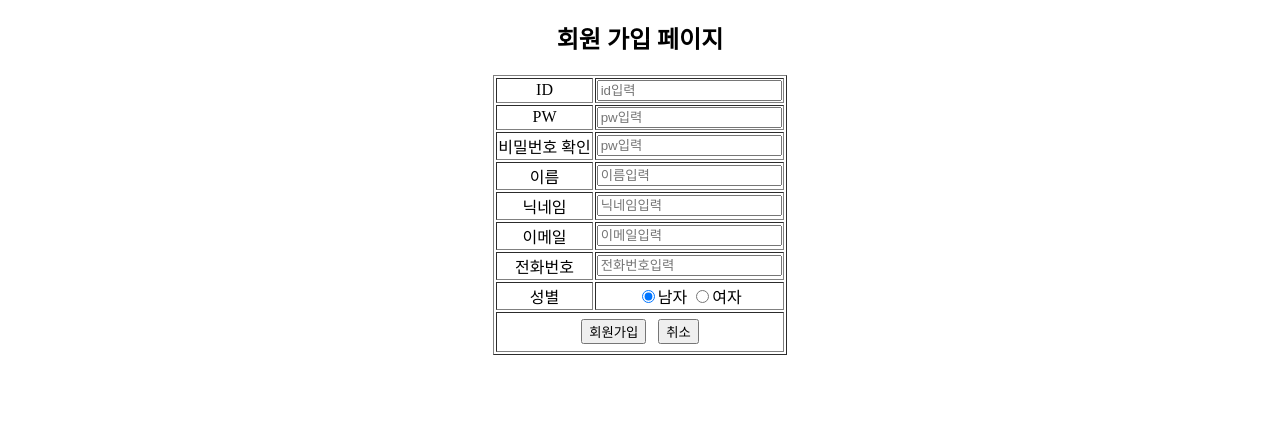
Repository: Served01/Project2_2209
Page: http://localhost/bookReviewProgram/mbinsertform.jsp
The author's editor kept a copy of each file at every save. The page is drawn from the files as they stood at one save, then again after the next save.
The browser window is 1280 px wide. The pictures show the whole page.
The page is served by Tomcat 9.

Above is the page before, as saved 2022-09-29 06:32:41.

After the next save:
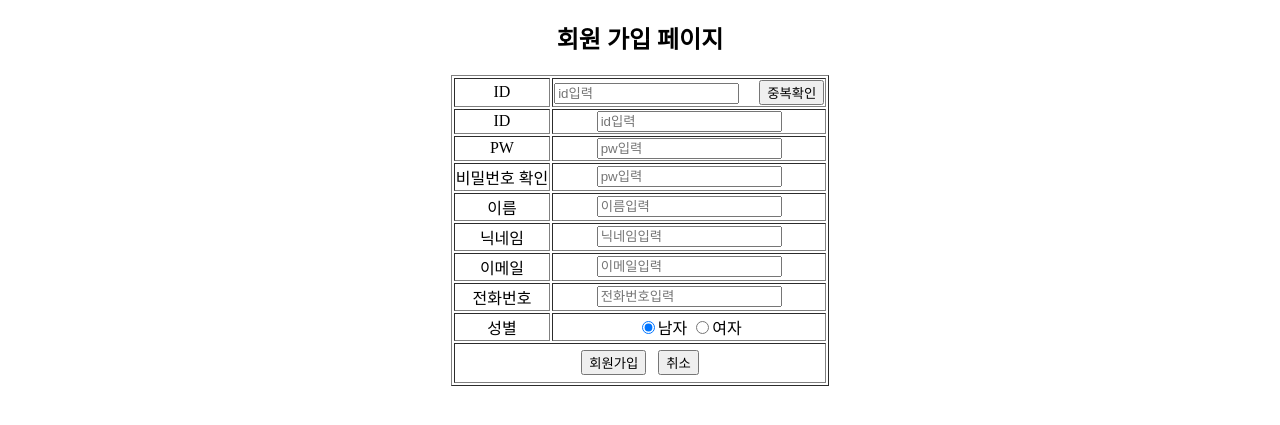
Saved 14 min 48 s later.
--- a/bookReviewProgram/src/main/webapp/mbinsertform.jsp
+++ b/bookReviewProgram/src/main/webapp/mbinsertform.jsp
@@ -17,8 +17,15 @@
 
 <h2 align = "center">회원 가입 페이지</h2>
 
-<form action = "mbInsertPro.jsp" method = "post">
+<form action = "mbInsertform2.jsp" method = "post">
 	<table border = "1">
+	<tr align = "center">
+
+		<td>ID</td>
+		<td><input type="text" name="mb_id" placeholder="id입력" />
+			&nbsp; &nbsp;
+			<button type="submit">중복확인</button></td>
+	</tr>
 		<tr align = "center">
 			<td>ID</td>
 			<td><input type = "text" name = "mb_id" placeholder="id입력" required /></td>
